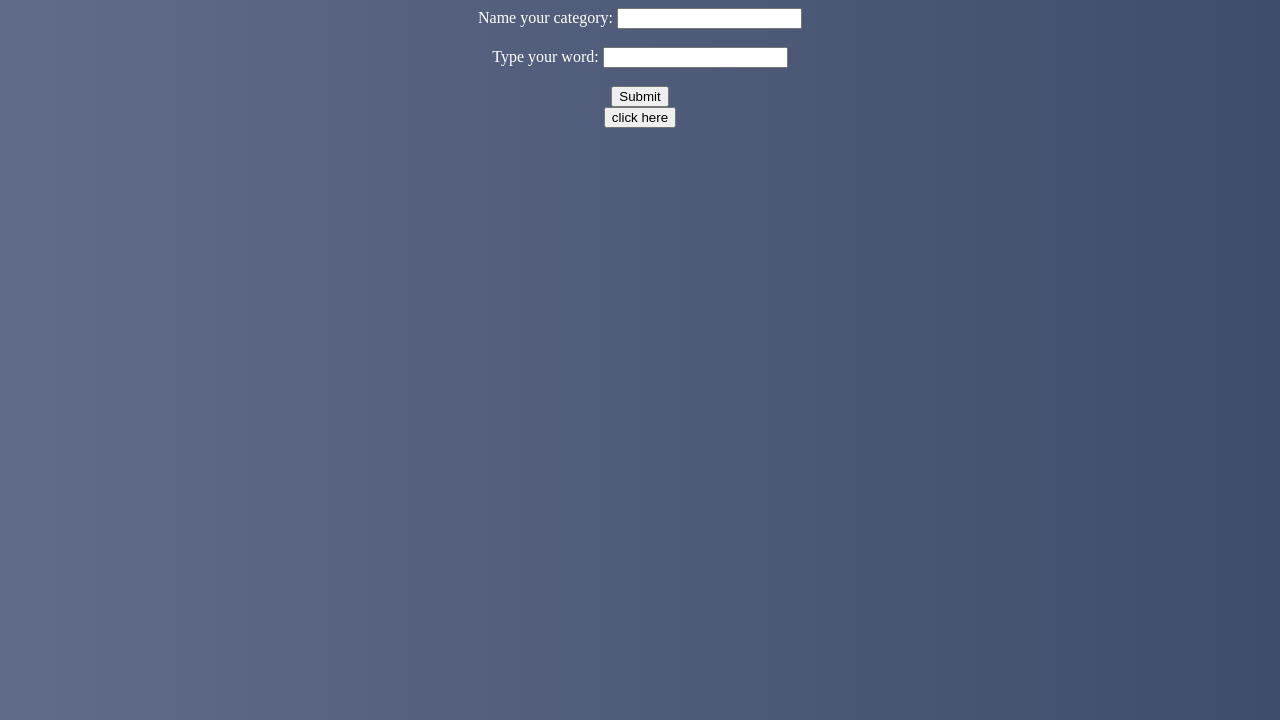
Repository: Darkingfired/Game
Page: index.html
These files come from the project's save history. The page is drawn as it stood at one moment and after the next save; the edit follows.
The browser window is 1280 px wide. The pictures show the whole page.

Above is the page before, as saved 2022-09-04 14:43:25.
Console error: ReferenceError: readLine is not defined

After the next save:
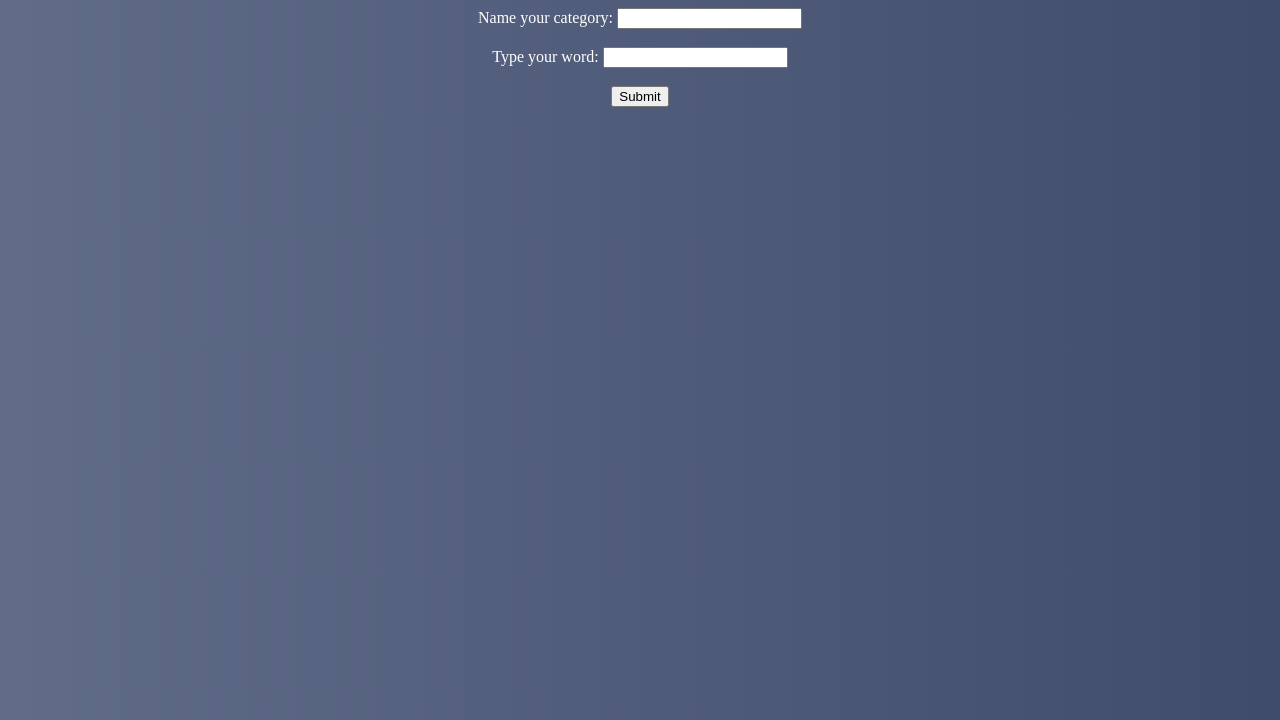
Saved 19 s later.
--- a/index.html
+++ b/index.html
@@ -16,6 +16,6 @@
       <input type="text" id="lname" name="lname"><br><br>
       <input type="submit" value="Submit">
     </form>
-    <button class="button button4"><a>click here</a></button>
+    <!-- <button class="button button4"><a>click here</a></button> -->
   </body>
 </html>
